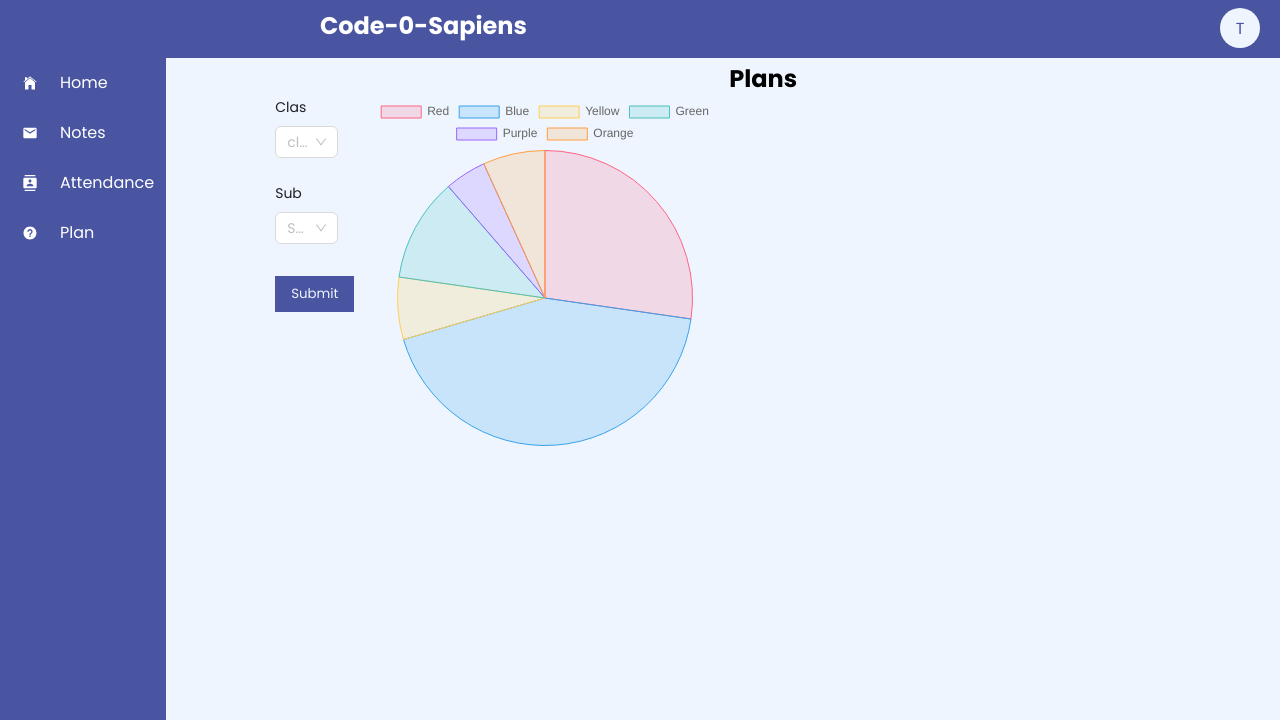
Repository: sinchana-P/code-0-sapiens
Page: /plans (app in client/)
An editor plug-in stored every save of this project. The page is shown before and after the next save, followed by the edit.
The browser window is 1280 px wide. The pictures show the whole page.
The project was rebuilt for these pictures with package versions that can differ from the ones it lists, and the page was loaded fresh each time. Also part of the build but not shown: client/src/components/auth/login/FormLayoutLogin.jsx, client/src/components/auth/login/Login.jsx, client/src/components/auth/register/FormLayoutRegister.jsx, client/src/components/auth/register/Register.jsx, client/src/components/homeScene/Home.jsx, client/src/components/notes/Notes.jsx, client/src/components/attendance/Attendance.jsx, client/src/components/profile/Profile.jsx and 5 more.

Above is the page before, as saved 2024-03-01 07:36:45.

After the next save:
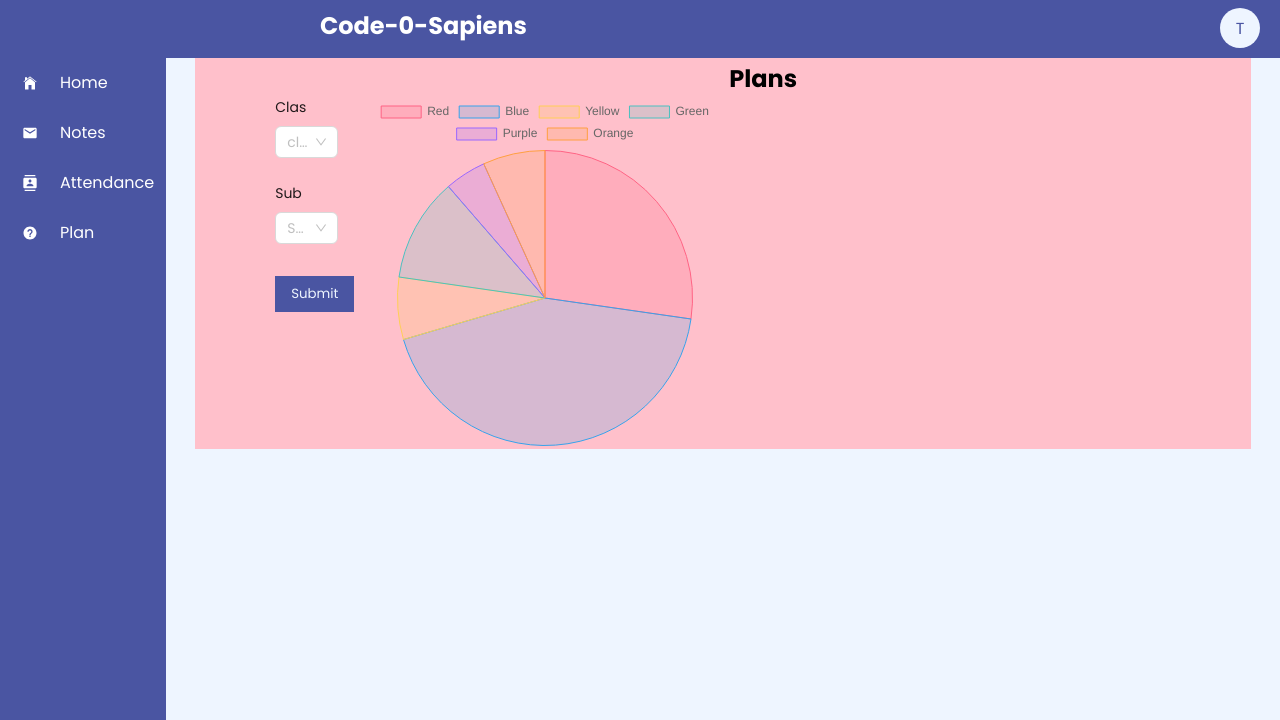
Saved 4 s later.
--- a/client/src/components/plans/Plans.css
+++ b/client/src/components/plans/Plans.css
@@ -1,7 +1,7 @@
 .plans-main{
     width: 70vw;
     padding: 0.2rem 5rem;
-    back
+    background-color: pink;
     /* max-height: 90vh; */
 
 }
